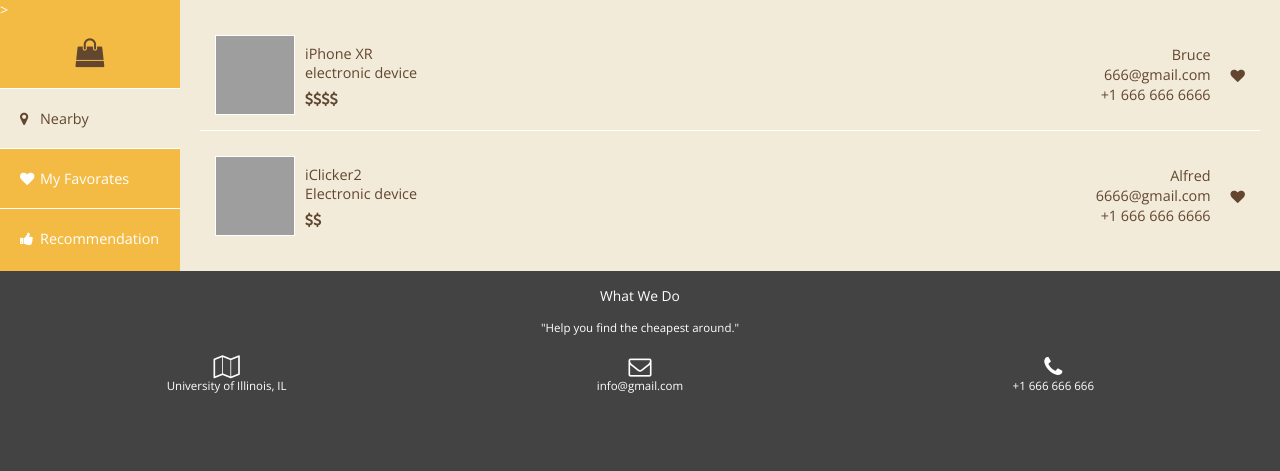
Repository: dongxin2/Online-Flea-Market
Page: http://localhost/Jupiter/
The author's editor kept a copy of each file at every save. The page is drawn from the files as they stood at one save, then again after the next save.
The browser window is 1280 px wide. The pictures show the part of the page from y = 250 to 721 px (the page is 721 px tall).
Pictures or frames that could not be fetched are drawn as grey boxes. Some web libraries are served in a nearby version. The page is served by Tomcat 9. Other server files are loaded and not shown.

Above is the page before, as saved 2019-03-24 04:27:18.

### workspace/Jupiter/WebContent/index.html
<!DOCTYPE html>
<html>
<head>
  <meta charset="UTF-8">
  <meta name="description" content="Item Recommendation">
  <meta name="author" content="Your Name">
  <link href='https://fonts.googleapis.com/css?family=Open+Sans:400,300,700' rel='stylesheet' type='text/css'>
  <link rel="stylesheet" href="https://maxcdn.bootstrapcdn.com/font-awesome/4.5.0/css/font-awesome.min.css">
  <link rel="stylesheet" href="styles/main.css">
  <title>Home Page</title>
</head>
<body>
  <header class="top-header">
    <i class="avatar fa fa-user fa-2x"></i>
    <nav class="top-nav">
      <a href="#">Home</a>
      <a href="#">Contact</a>
      <a href="#">About</a>
    </nav>
    <span id="welcome-msg"></span>
  </header>
  <section class="container">
    <header>
      <p><span>Online</span> <br/> Flea Market</p>
    </header>
    <div class="main-section">
      <aside id="item-nav">>
        <div class="nav-icon">
          <i class="fa fa-shopping-bag fa-2x"></i>
        </div>
        <nav class="main-nav">
          <a href="#" id="nearby-btn" class="main-nav-btn active">
             <i class="fa fa-map-marker"></i>Nearby
          </a>
          <a href="#" id="fav-btn" class="main-nav-btn">
            <i class="fa fa-heart"></i>My Favorates
          </a>
          <a href="#" id="recommend-btn" class="main-nav-btn">
            <i class="fa fa-thumbs-up"></i>Recommendation
          </a>
        </nav>
      </aside>
      <ul id="item-list">
        <li class="item">
          <img alt="item image" src="https://cdn.vox-cdn.com/thumbor/4nOocrwrwul2VZax_BdyHyKkDR4=/0x0:2640x1748/1820x1213/filters:focal(1109x663:1531x1085)/cdn.vox-cdn.com/uploads/chorus_image/image/60675421/twarren_iphonesim_1.1533038365.jpg" />
          <div>
            <a href="#" class="item-name">iPhone XR</a>
            <p class="item-category">electronic device</p>
            <div class="stars">
              <i class="fa fa-usd"></i>
              <i class="fa fa-usd"></i>
              <i class="fa fa-usd"></i>
              <i class="fa fa-usd"></i>
            </div>
          </div>
          <p class="item-address">Bruce<br/>666@gmail.com<br/> +1 666 666 6666</p>
          <div class="fav-link">
            <i class="fa fa-heart"></i>
          </div>
        </li>
        <li class="item">
          <img alt="item image" src="https://bloximages.newyork1.vip.townnews.com/purdueexponent.org/content/tncms/assets/v3/editorial/d/25/d25f5715-956a-51fb-a6ab-5f9020e08ec8/4ecb2c760e213.image.jpg?resize=584%2C759" />
          <div>
            <a href="#" class="item-name">iClicker2</a>
            <p class="item-category">Electronic device</p>
            <div class="stars">
              <i class="fa fa-usd"></i>
              <i class="fa fa-usd"></i>
            </div>
          </div>
          <p class="item-address">Alfred<br/>6666@gmail.com<br/> +1 666 666 6666</p>
          <div class="fav-link">
            <i class="fa fa-heart"></i>
          </div>
        </li>
      </ul>
    </div>
  </section>
    <footer>
    <p class="title">What We Do</p>
    <p>"Help you find the cheapest around."</p>
    <ul>
      <li>
        <p><i class="fa fa-map-o fa-2x"></i></p>
        <p>University of Illinois, IL</p>
      </li>
      <li>
        <p><i class="fa fa-envelope-o fa-2x"></i></p>
        <p>info@gmail.com</p>
      </li>
      <li>
        <p><i class="fa fa-phone fa-2x"></i></p>
        <p>+1 666 666 666</p>
      </li>
    </ul>
  </footer>
<!--   <script src="https://rawgit.com/emn178/js-md5/master/build/md5.min.js"></script>
  <script src="scripts/main.js"></script> -->
</body>
</html>

### workspace/Jupiter/WebContent/styles/main.css
* {
  box-sizing: border-box;
  margin: 0;
  padding: 0;
}

body {
  background: #434343;
  color: white;
  font-family: 'Open Sans', sans-serif;
  font-weight: 300;
  font-size: 0.9em;
}

ul {
  list-style: none;
}

.top-header {
  width: 100%;
  height: 60px;
  background: #DF574B;
  display: flex;
  align-items: center;
  position: fixed;
  z-index: 1;
  box-shadow: 0px 2px 10px #333;
}

.avatar {
  background-color: white;
  color: #333;
  border-radius: 50%;
  height: 40px;
  margin-left: 20px;
  padding-left: 9px;
  padding-top:5px;
  width: 40px;
}

.top-nav a {
  margin-left: 20px;
  color: #F9F9F9;
  text-decoration: none;
  font-weight: 400;
}

#welcome-msg {
	border-right: 1px solid #FFFFFF;
	padding-right: 10px;
}

.container > header {
  height: 250px;
  background: url('https://images.pexels.com/photos/1227520/pexels-photo-1227520.jpeg?cs=srgb&dl=alps-background-beautiful-view-1227520.jpg&fm=jpg') no-repeat 50% 50%;
  display: flex;
  align-items: center;
  background-size: 100%;
}

.container > header p {
  font-weight: 400;
  font-size: 2em;
  margin-left: 220px;
  border-left: 1px solid white;
  padding-left: 5px;
}

.container > header span {
  color: #FBAF41;
}


.main-section {
  background: #F3BB43;
  //height: 500px; // to be changed
}

.main-section aside {
  float: left;
  width: 180px;
}

/**
 * aside
 */
#item-nav {
	float: left;
	width: 180px;
}

.nav-icon {
  color: #624630;
  padding: 20px;
  text-align: center;
}

/**
 * main navigation
 */
.main-nav-btn {
  background: none;
  color: white;
  display: block;
  text-decoration: none;
  padding: 20px;
  border-top: 1px solid white;
  text-align: left;
}

.main-nav-btn:hover {
  background: rgba(255, 255, 255, 0.8);
  color: #624630;
}

.main-nav-btn.active {
  background: #F2EBD9;
  color: #624630;
}

.main-nav-btn i{
  width: 20px;
}


/**
 * item list
 */

#item-list {
	background: #F2EBD9;
	color: #624630;
	list-style: none;
	margin-left: 180px;
	min-height: 250px;
	padding: 10px;
}

#item-list .notice {
	font-size: 16px;
	padding: 60px;
	text-align: center;
}


.item {
  display: flex;
  align-items: center;
  color: #624630;
  border-bottom: 1px solid white;
  margin: 10px;
  padding: 15px;
}

.item:last-child {
	border: none;
}

.item:hover {
	background: rgba(255, 255, 255, 0.8);
	transition: background-color 100ms linear;
}

.item img {
	border: 1px solid #FFFFFF;
	height: 80px;
	width: 80px;
}

.item>div:first-of-type {
	flex: 1;
	margin-left: 10px;
	margin-right: 10px;
}

.item-name {
	color: #624630;
	font-weight: 400;
	text-decoration: none;
}

.item-name:hover {
	text-decoration: underline;
}

.item-address {
	line-height: 20px;
	padding-right: 20px;
	text-align: right;
}

.stars {
	align-items: center;
	display: flex;
	padding-top: 10px;
}

footer {
  background: #434343;
  font-size:  0.8em;
  height:     200px;
  position:   relative;
}

footer p {
  text-align: center;
}

footer p.title {
  font-size: 1.2em;
  padding:   15px;
}

footer ul {
  display: flex;
  align-items: center;
  padding: 20px;
}

footer ul li {
   flex: 1;
}

After the next save:
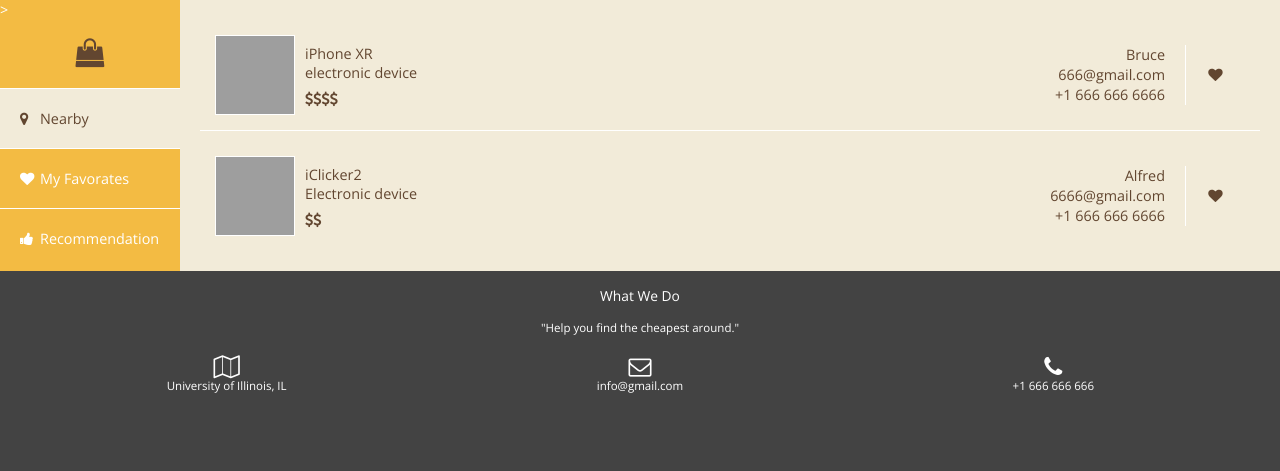
Saved 8 s later.
--- a/workspace/Jupiter/WebContent/styles/main.css
+++ b/workspace/Jupiter/WebContent/styles/main.css
@@ -195,6 +195,18 @@ ul {
 	padding-top: 10px;
 }
 
+.fav-link {
+	border-left: 1px solid #FFFFFF;
+	cursor: pointer;
+	line-height: 60px;
+	text-align: center;
+	width: 60px;
+}
+
+.fav-link:hover {
+	color: #F13F3F;
+}
+
 footer {
   background: #434343;
   font-size:  0.8em;
